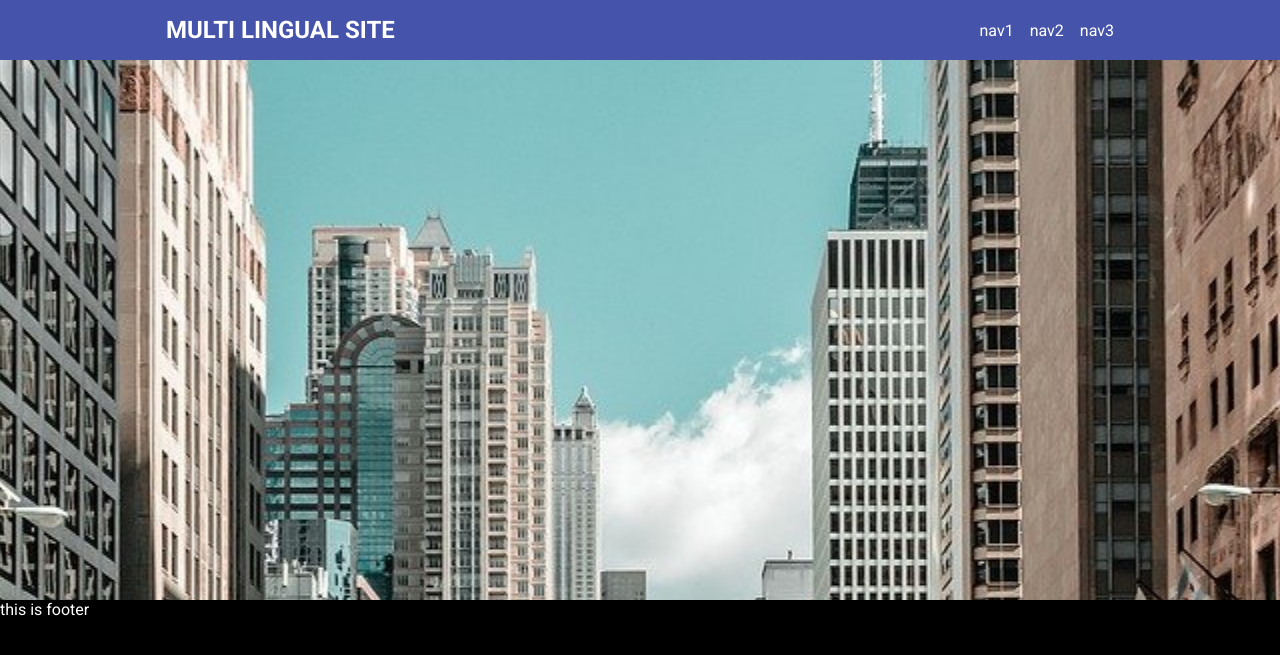
Repository: ksbsh27/multi_lingual
Page: index.html
An editor plug-in stored every save of this project. The page is shown before and after the next save, followed by the edit.
The browser window is 1280 px wide. The pictures show the whole page.
The style sheet was rebuilt from its Sass, Less or Tailwind sources for each picture, by a compiler version that may differ from the author's.

Above is the page before, as saved 2022-03-31 23:02:21.

### index.html
<!DOCTYPE html>
<html lang="jp">
<head>
    <meta charset="UTF-8">
    <meta http-equiv="X-UA-Compatible" content="IE=edge">
    <meta name="viewport" content="width=device-width, initial-scale=1.0">
    <title>develop</title>
    <link rel="stylesheet" href="./css/style.css">
</head>
<body>
    <header>
        <nav>
            <h1>MULTI LINGUAL SITE</h1>
            <ul>
                <li>nav1</li>
                <li>nav2</li>
                <li>nav3</li>
            </ul>
        </nav>
    </header>
    <main>
        <div class="mv_images">
            <img src="images/img01.jpg" alt="japan">
            <img src="images/img02.jpg" alt="america">
            <img src="images/img03.jpg" alt="china">
            <img src="images/img04.jpg" alt="itaria">
            <img src="images/img05.jpg" alt="germany">
            <img src="images/img06.jpg" alt="korea">
        </div>
    </main>
    <footer>this is footer</footer>
    <script type="text/javascript" src="js/script.js"></script>
</body>
</html>

### js/script.js

//time
$timer = 3000;
// element
$images = document.querySelectorAll("img");
// first image
$images[0].classList.add('show');

//img number
$imgNum = 0;
function showImg(){
    //all image '.show' reset
    for($i=0; $i < $images.length; $i++){
        $images[$i].classList.remove('show');
    }

    //imgNumber last?
    if($imgNum == $images.length -1){
        $imgNum = 0;
    }else{
        $imgNum++;
    }

    //now imgNumber add '.show'
    $images[$imgNum].classList.add('show');
    showImgTimer();
}

//timerFunction
function showImgTimer () {
    setTimeout(showImg, $timer);
}
showImgTimer();

### sass/style.scss
@import "./_header";
@import "./_footer";
@import url("https://fonts.googleapis.com/css2?family=Roboto:wght@400;700&display=swap");

* {
  padding: 0;
  margin: 0;
  list-style: none;
  box-sizing: border-box;
}

body {
  color: #333;
  background: #333;
  font-family: "roboto";
}

main {
  background: #fff;
  height: calc(100vh - #{$header-height} - #{$footer_height});
  .mv_images{
    width: 100%;
    height: 100%;
    overflow: hidden;
    position: relative;
    z-index: 0;
    img{
      width: auto;
      min-height: 100%;
      position: absolute;
      top: 0;
      left: 0;
      opacity: 0;
      transition: .8s;
      transform: scale(2);
      &.show{
        // transition: .8s;
        opacity: 1;
        z-index: 2;
      }
    }
  }
}

### sass/_header.scss
$header-height : 60px;
header{
    color: #fff;
    background: rgb(69, 84, 170);
    nav{
        max-width: 980px;
        margin: 0 auto;
        padding: 0 16px;
        height: $header-height;
        display: flex;
        align-items: center;
        justify-content: space-between;
        ul{
            display: flex;
            li{
                margin-right: 16px;
                &:last-child{
                    margin-right: 0;
                }
            }
        }
    }
}

### sass/_footer.scss
$footer_height : 120px;
footer{
    color: #fff;
    background: rgb(0, 0, 0);
    height: 120px;
}

After the next save:
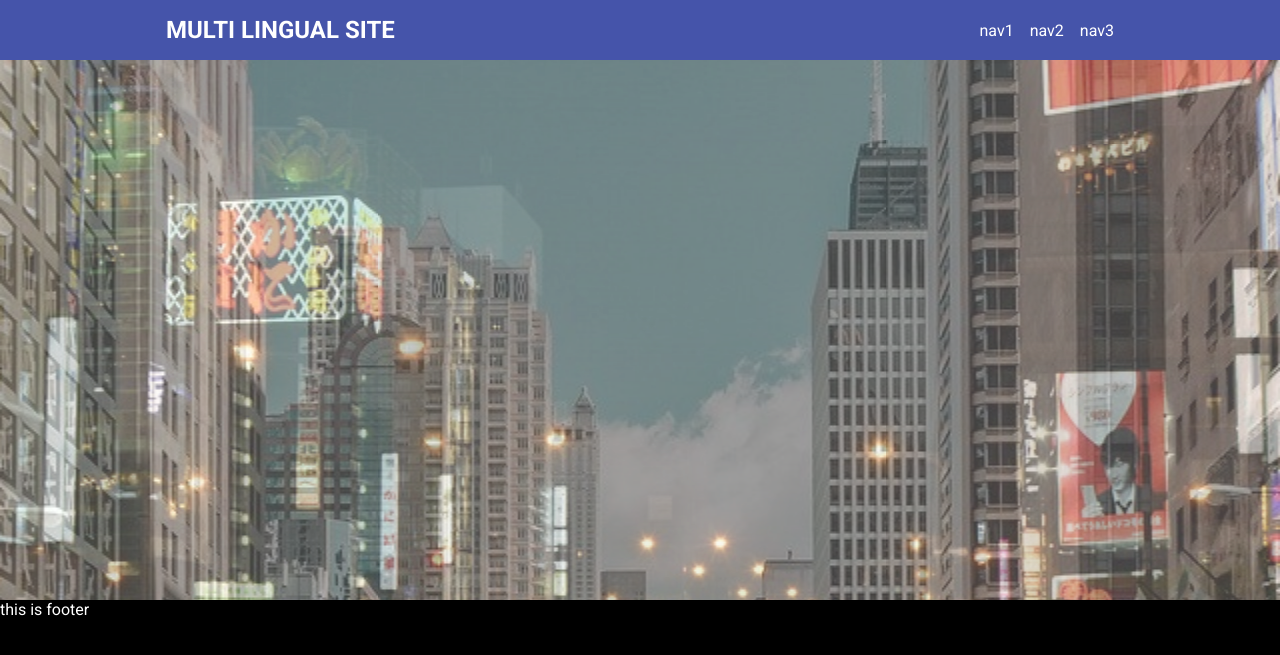
Saved 20 s later.
--- a/sass/style.scss
+++ b/sass/style.scss
@@ -31,7 +31,7 @@
       top: 0;
       left: 0;
       opacity: 0;
-      transition: .8s;
+      transition: opacity 5s ease-in-out;
       transform: scale(2);
       &.show{
         // transition: .8s;

After the save that followed:
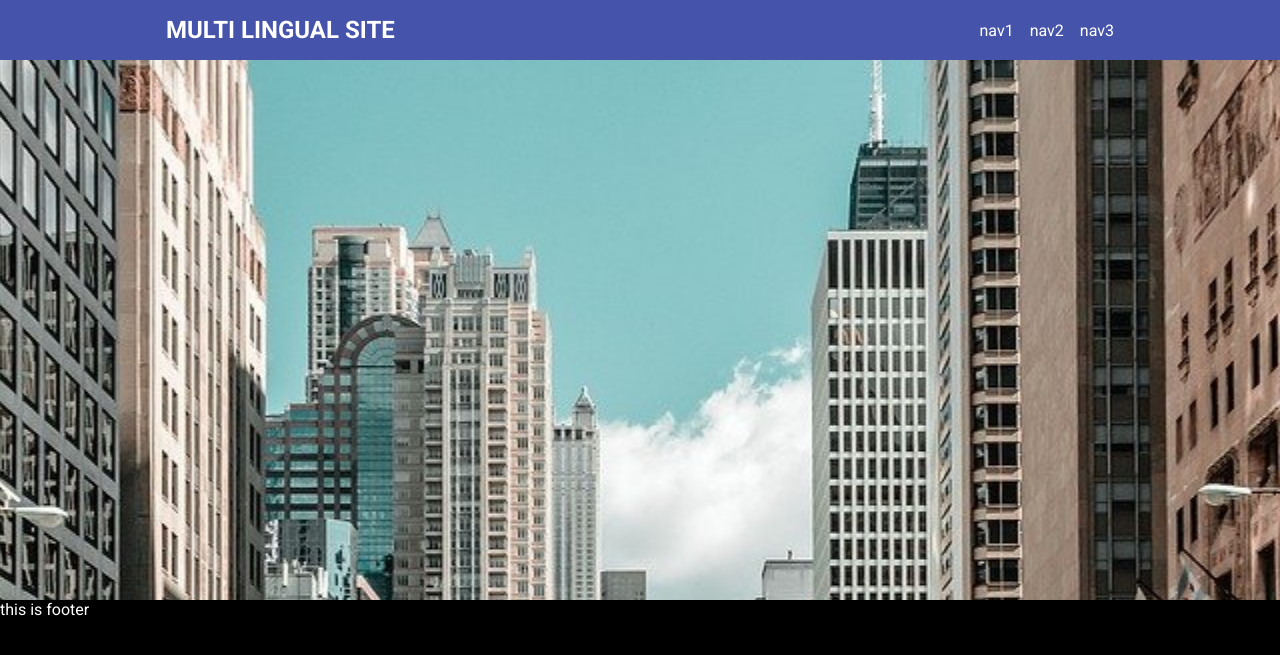
Saved 4 s later.
--- a/sass/style.scss
+++ b/sass/style.scss
@@ -31,7 +31,7 @@
       top: 0;
       left: 0;
       opacity: 0;
-      transition: opacity 5s ease-in-out;
+      transition: opacity 1s ease-in-out;
       transform: scale(2);
       &.show{
         // transition: .8s;
